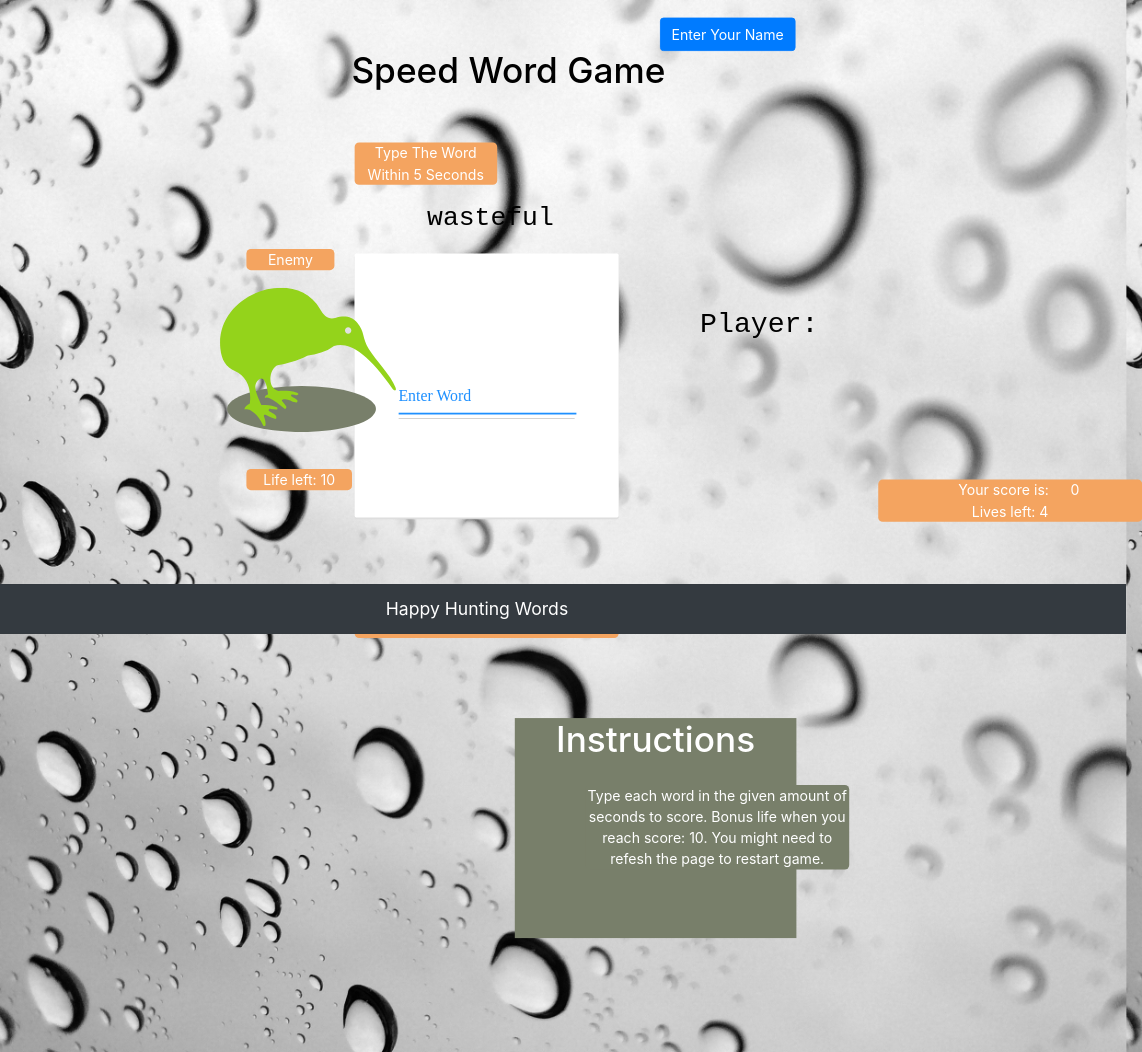
Repository: konstantin0s/word-game-project
Page: modal.html
These files come from the project's save history. The page is drawn as it stood at one moment and after the next save; the edit follows.
The browser window is 1280 px wide. The page is 1298 px wide, so the pictures cover 1298 px, including what lies to the right of the window. The pictures show the whole page, at 88% of full size.
Backgrounds fixed to the window are drawn as part of the page. Some web libraries are served in a nearby version.

Above is the page before, as saved 2019-02-14 11:13:34.

After the next save:
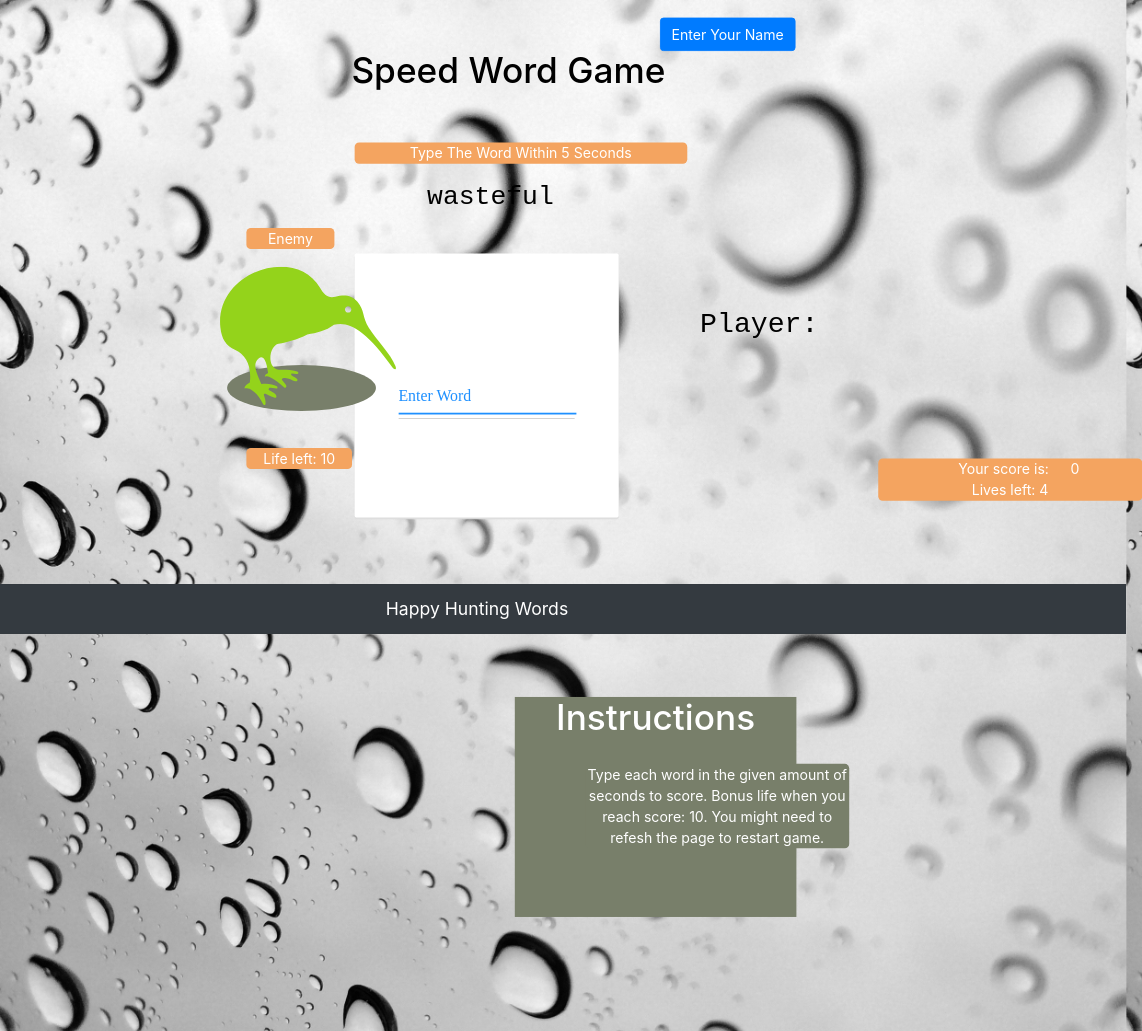
Saved 10 s later.
--- a/css/style.css
+++ b/css/style.css
@@ -153,7 +153,7 @@ font {
 }
 
 .type {
-  width: 30%;
+  width: 70%;
   text-align: center;
 }
 
